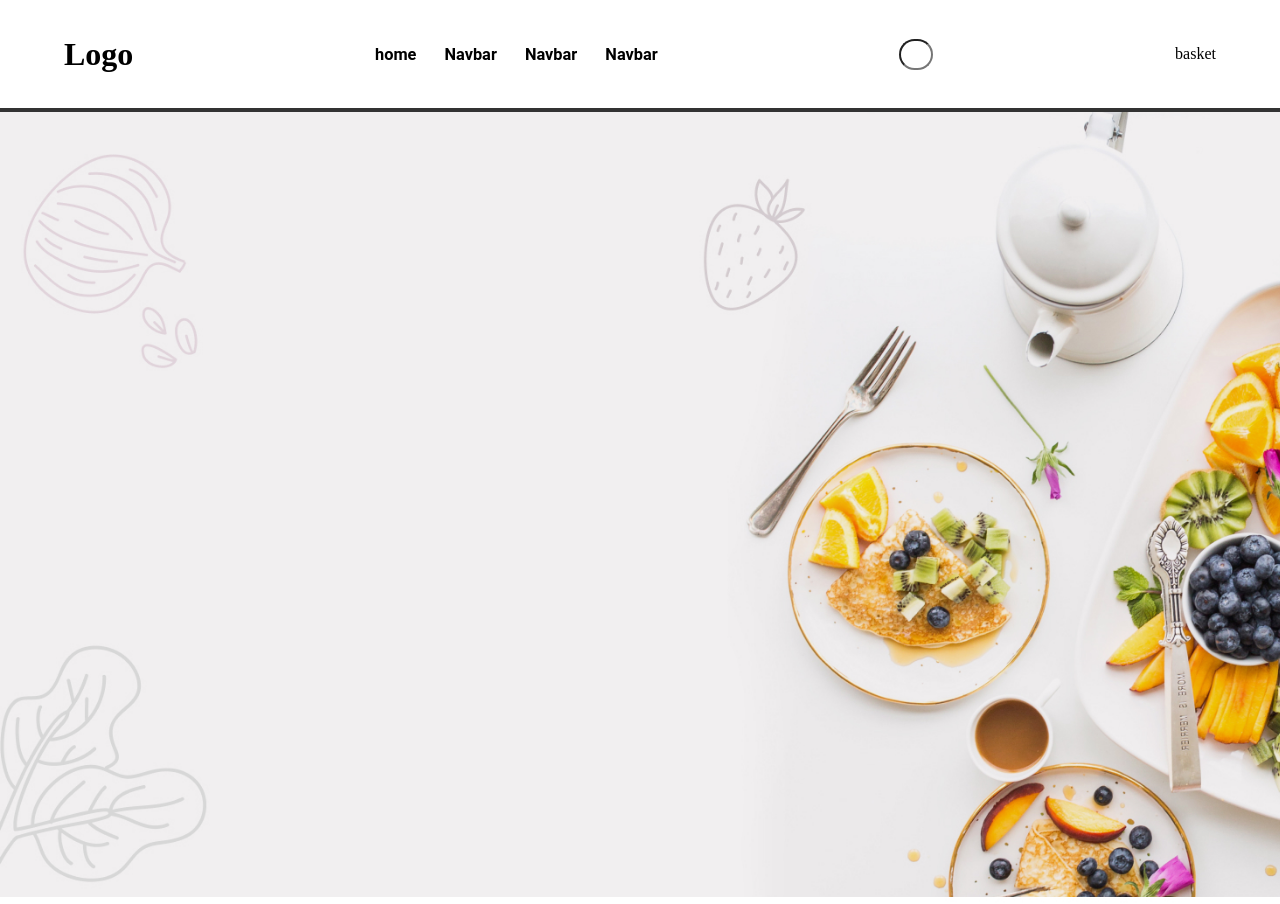
Repository: Islam432/Islam-and-Arsi---team
Page: /
An editor plug-in stored every save of this project. The page is shown before and after the next save, followed by the edit.
The browser window is 1280 px wide. The pictures show the whole page.
The project was rebuilt for these pictures with package versions that can differ from the ones it lists, and the page was loaded fresh each time. Also part of the build but not shown: vite.config.js, src/App.css, src/components/Comp/Comp.jsx.

Above is the page before, as saved 2023-03-11 23:48:32.

After the next save:
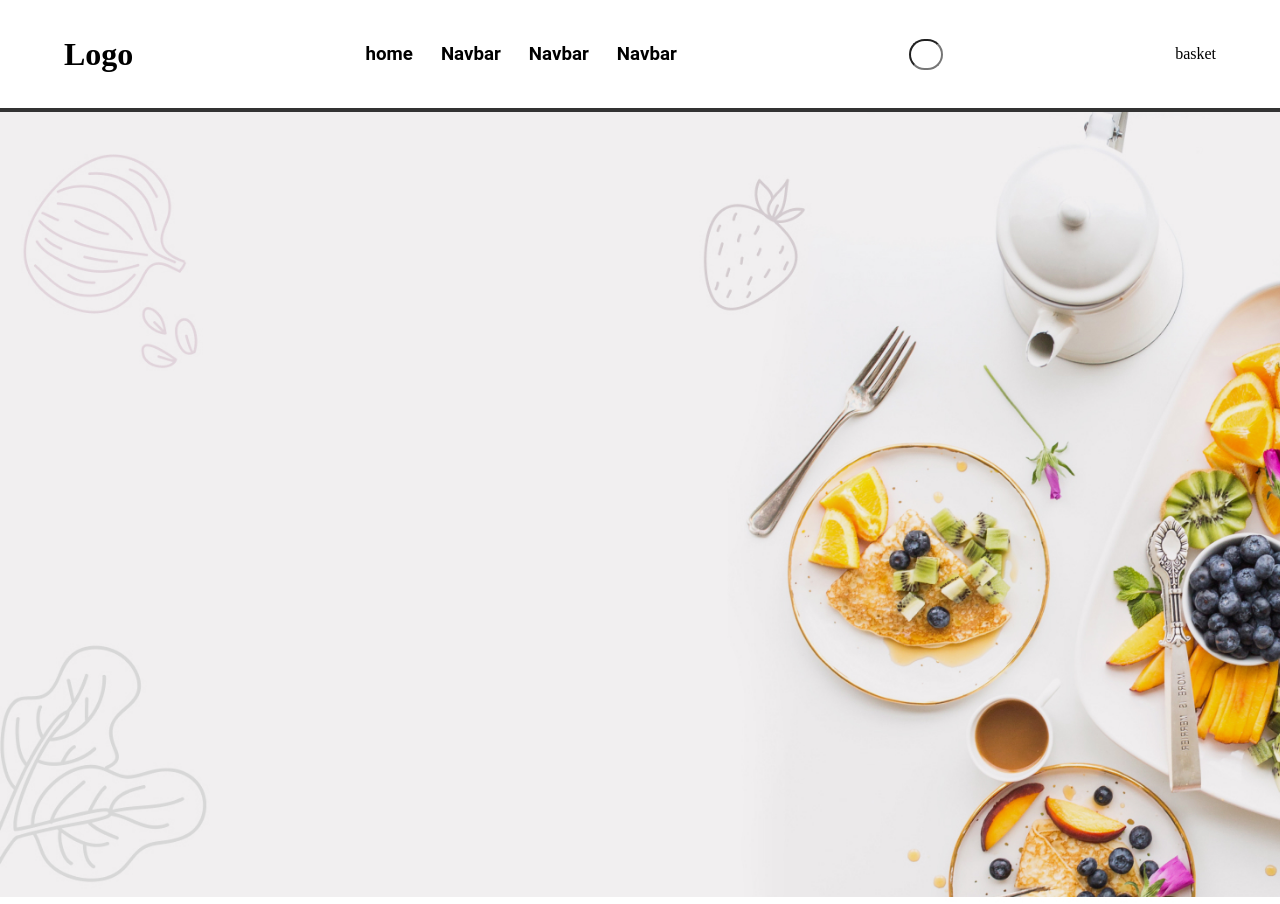
Saved 2 min 34 s later.
--- a/src/components/Navbar/Navbar.module.css
+++ b/src/components/Navbar/Navbar.module.css
@@ -24,7 +24,7 @@ border-bottom: 4px solid #333;
 
   font-family: Roboto;
   font-style: Bold;
-  font-size: 14px;
+  font-size: 16px;
 
 }
 .NavLink{
